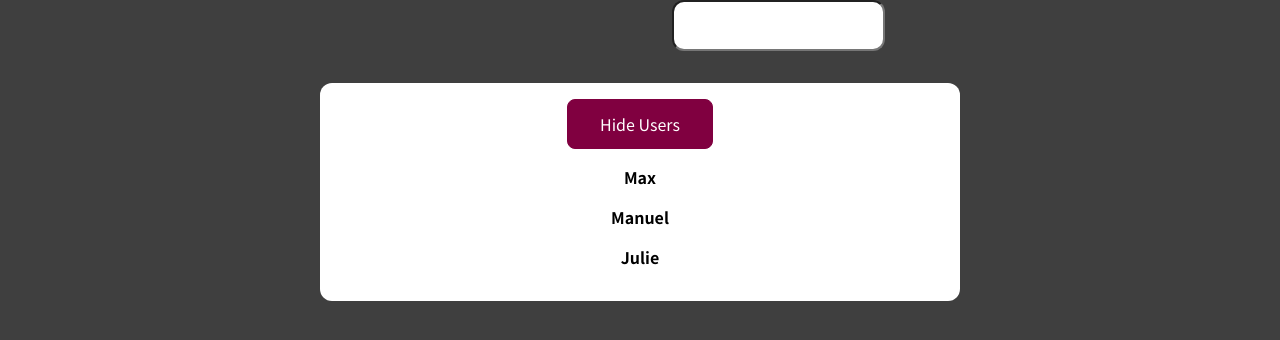
Repository: prathmeshgodbole/React-Class-Based
Page: /
These files come from the project's save history. The page is drawn as it stood at one moment and after the next save; the edit follows.
The browser window is 1280 px wide. The pictures show the whole page.
The project was rebuilt for these pictures with package versions that can differ from the ones it lists, and the page was loaded fresh each time.

Above is the page before, as saved 2021-07-15 15:24:17.

After the next save:
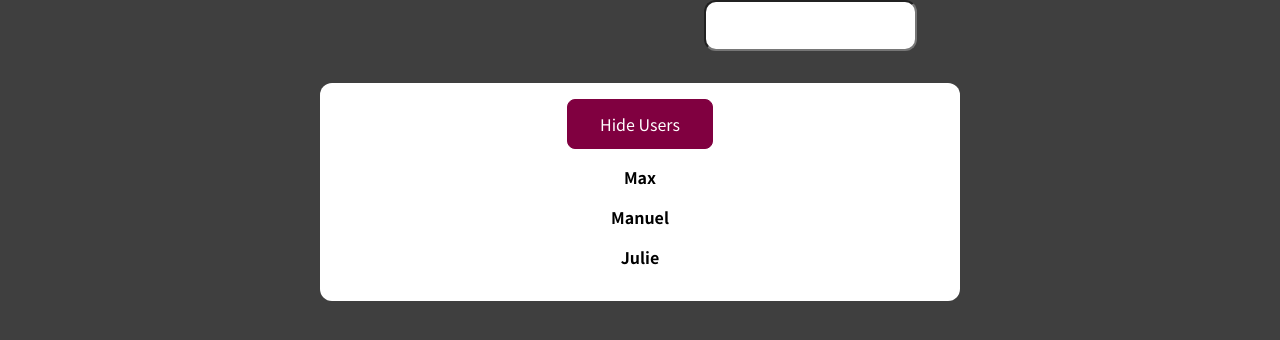
Saved 7 s later.
--- a/src/components/UserFinder.module.css
+++ b/src/components/UserFinder.module.css
@@ -1,5 +1,5 @@
 .finder {
-    margin-left: 42rem;
+    margin-left: 44rem;
     /* margin: 2rem auto; */
     background-color: white;
     padding: 1rem;
